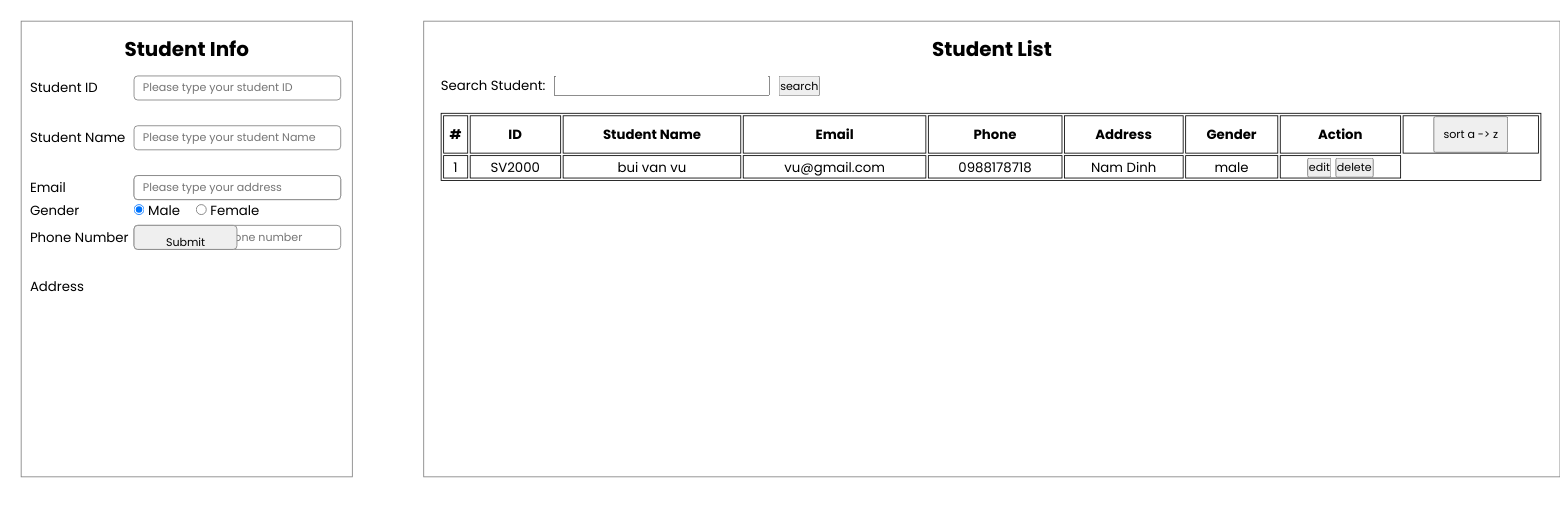
Repository: sSoRaK/ex-session15-dom-event
Page: ex-dom-event/student-management.html
An editor plug-in stored every save of this project. The page is shown before and after the next save, followed by the edit.
The browser window is 1280 px wide. The page is 1880 px wide, so the pictures cover 1880 px, including what lies to the right of the window. The pictures show the whole page, at 83% of full size.

Above is the page before, as saved 2023-06-24 20:24:52.

### ex-dom-event/student-management.html
<!DOCTYPE html>
<html lang="en">
  <head>
    <meta charset="UTF-8" />
    <meta name="viewport" content="width=device-width, initial-scale=1.0" />
    <title>Student Management</title>
    <link rel="preconnect" href="https://fonts.googleapis.com" />
    <link rel="preconnect" href="https://fonts.gstatic.com" crossorigin />
    <link
      href="https://fonts.googleapis.com/css2?family=Poppins:ital,wght@0,100;0,200;0,300;0,400;0,500;0,600;0,700;0,800;0,900;1,100;1,200;1,300;1,400;1,500;1,600;1,700;1,800;1,900&display=swap"
      rel="stylesheet"
    />
    <link rel="stylesheet" href="./style/style.css" />
  </head>
  <body>
    <div class="left-side">
      <h2>Student Info</h2>
      <form action="#" class="form-student">
        <label for="student-id" id="label-id">Student ID</label>
        <input
          type="text"
          name="student-name"
          id="student-id"
          placeholder="Please type your student ID"
        />
        <div class="error error-row1"></div>
        <label for="student-name" id="label-name">Student Name</label>
        <input
          type="text"
          name="student-name"
          id="student-name"
          placeholder="Please type your student Name"
        />
        <div class="error error-row2"></div>
        <label for="student-email" id="label-email">Email</label>
        <input
          type="email"
          name="student-email"
          id="student-email"
          placeholder="Please type your email"
        />
        <div class="error error-row3"></div>
        <label for="student-phone_number" id="label-phone_number"
          >Phone Number</label
        >
        <input
          type="number"
          name="student-phone_number"
          id="student-phone_number"
          placeholder="Please type a phone number"
        />
        <div class="error error-row4"></div>
        <label for="student-address" id="label-address">Address</label>
        <input
          type="text"
          name="student-address"
          id="student-address"
          placeholder="Please type your address"
        />
        <div class="error error-row5"></div>
        <span class="gender">Gender</span>
        <div class="gender-wrapper">
          <input type="radio" name="gender" id="male" checked />
          <label for="male">Male</label>
          <input type="radio" name="gender" id="female" />
          <label for="female">Female</label>
        </div>
        <input type="submit" value="Submit" class="btn-submit" />
      </form>
    </div>
    <div class="right-side">
      <h2>Student List</h2>
      <form action="#" class="searching-bar">
        <span>Search Student:</span>
        <input
          type="text"
          name="search-student_name"
          id="search-student_name"
        />
        <button class="btn-search">search</button>
      </form>
      <table class="table-student">
        <thead>
          <tr>
            <th>#</th>
            <th>ID</th>
            <th>Student Name</th>
            <th>Email</th>
            <th>Phone</th>
            <th>Address</th>
            <th>Gender</th>
            <th>Action</th>
            <th>
              <button class="btn-sort">sort a -> z</button>
            </th>
          </tr>
        </thead>
        <tbody id="student-info"></tbody>
      </table>
    </div>
    <script src="./app/app.js"></script>
  </body>
</html>

### ex-dom-event/style/style.css
* {
  padding: 0;
  margin: 0;
  box-sizing: border-box;
  font-family: "Poppins", sans-serif;
}
body {
  display: grid;
  grid-template-columns: repeat(4, 400px);
  grid-template-rows: repeat(1, 550px);
  gap: 85px;
  margin: 25px;
}
/* left side student info */
.left-side {
  border: 1px solid gray;
  grid-column: 1/2;
}
.left-side h2,
.right-side h2 {
  text-align: center;
  margin: 15px 0;
}
.form-student {
  margin: 0 10px;
  display: grid;
  grid-template-columns: repeat(3, 125px);
  grid-template-rows: repeat(13, 30px);
  /* row-gap: 30px; */
}
.form-student input {
  border: 0.5px solid gray;
  border-radius: 5px;
}
#label-id {
  grid-column: 1/2;
  grid-row: 1/2;
  line-height: 30px;
}
#student-id {
  grid-column: 2/4;
  grid-row: 1/2;
  padding-left: 10px;
}
.error-row1{
  grid-column: 2/4;
  grid-row: 2/3;
}
#label-name {
  grid-column: 1/2;
  grid-row: 3/4;
  line-height: 30px;
}
#student-name {
  grid-column: 2/4;
  grid-row: 3/4;
  padding-left: 10px;
}
.error-row2{
  grid-column: 2/4;
  grid-row: 4/5;
}
#label-email {
  grid-column: 1/2;
  grid-row: 5/6;
  line-height: 30px;
}
#student-email {
  grid-column: 2/4;
  grid-row: 5/6;
  padding-left: 10px;
}
.error-row3{
  grid-column: 2/4;
  grid-row: 6/7;
}
#label-phone_number {
  grid-column: 1/2;
  grid-row: 7/8;
  line-height: 30px;
}
input::-webkit-outer-spin-button,
input::-webkit-inner-spin-button {
  -webkit-appearance: none;
  margin: 0;
}
#student-phone_number {
  grid-column: 2/4;
  grid-row: 7/8;
  padding-left: 10px;
}
.error-row4{
  grid-column: 2/4;
  grid-row: 8/9;
}
#label-address {
  grid-column: 1/2;
  grid-row: 9/10;
  line-height: 30px;
}
#student-address {
  grid-column: 2/4;
  grid-row: 5/6;
  padding-left: 10px;
}
.gender {
  grid-column: 1/2;
  grid-row: 6/7;
}
.gender-wrapper {
  grid-column: 2/4;
  grid-row: 6/7;
}
.gender-wrapper label[for="male"] {
  margin-right: 15px;
}
.btn-submit {
  grid-column: 2/3;
  grid-row: 7/8;
  padding: 10px 0;
}

/* right side student list */
.right-side {
  border: 1px solid gray;
  grid-column: 2/5;
}
.right-side .searching-bar {
  margin-left: 20px;
  display: flex;
  gap: 10px;
}
.table-student,
th,
tr,
td {
  border: 1px solid;
  /* border-collapse: collapse; */
  margin: 20px;
  width: calc(100% - 42px);
}
.btn-sort {
  padding: 10px;
}

#student-info tr td {
  text-align: center;
}
.error {
  visibility: hidden;
}
.error-row1 {
  grid-row: 2;
}
.display-error {
  color: red;
  visibility: visible;
}
.btn-edit,
.btn-delete,
.btn-submit,
.btn-sort,
.btn-search {
  cursor: pointer;
}

### ex-dom-event/app/app.js
// tạo 1 mảng rỗng 2 chiều với phần tử là 1 mảng chứa các thông tin tương ứng của mỗi sinh viên
let studentList = [
  ["SV2000", "bui van vu", "vu@gmail.com", "0988178718", "Nam Dinh", "male"],
];
let action = "create";
// Lấy dữ liệu từ form -> table: Read
function renderData() {
  // truy cập đến tbody
  let tbody = document.getElementById("student-info");
  // đặt giá trị ban đầu tbody = "", để tránh dữ liệu cũ còn tồn tại
  tbody.innerHTML = "";
  for (let i = 0; i < studentList.length; i++) {
    // truyền vào tbody dưới dạng String Template
    tbody.innerHTML += `<tr>
                          <td>${i + 1}</td>
                          <td>${studentList[i][0]}</td>
                          <td>${studentList[i][1]}</td>
                          <td>${studentList[i][2]}</td>
                          <td>${studentList[i][3]}</td>
                          <td>${studentList[i][4]}</td>
                          <td>${studentList[i][5]}</td>
                          <td>
                              <button onclick="editData('${
                                studentList[i][0]
                              }')" class="btn-edit">edit</button>
                              <button onclick="deleteData('${
                                studentList[i][1]
                              }')" class="btn-delete">delete</button>
                          </td>
                    </tr>`;
  }
}
// Khi trình duyệt load thì sẽ load dữ liệu student và hiển thị trên table
document.onload = renderData();

// query element (create gol)
const studentId = document.querySelector("#student-id");
const studentName = document.querySelector("#student-name");
const studentEmail = document.querySelector("#student-email");
const studentPhoneNumber = document.querySelector("#student-phone_number");
const studentAddress = document.querySelector("#student-address");
const studentGender = document.querySelector("input[name='gender']:checked");

const errorElement = document.querySelectorAll(".error");

const btnSubmit = document.querySelector(".btn-submit");

// Validate: xác thực khi thêm create hoặc update
// function check validate each <input>
function validateForm() {
  // Lấy dữ liệu từ Form và Thực hiện validate từng input, nếu thỏa -> true, không thỏa -> báo lỗi (false)
  let idValidate = false;
  let nameValidate = false;
  let emailValidate = false;
  let phoneValidate = false;
  let addressValidate = false;
  let emailPattern = /^\w+([\.-]?\w+)*@\w+([\.-]?\w+)*(\.\w{2,3})+$/; // regex pattern: mẫu quy định
  let phonePattern = /(84|0[3|5|7|8|9])+([0-9]{8})\b/g;
  // check validate studentId
  if (studentId.value.length == 0) {
    errorElement[0].textContent = "* Please type your ID";
    errorElement[0].classList.add("display-error");
  } else if (studentId.value.length < 6 || studentId.value.length > 20) {
    errorElement[0].textContent = "* Your ID must be 6 - 20 characters";
    errorElement[0].classList.add("display-error");
  } else {
    errorElement[0].classList.remove("display-error");
    idValidate = true;
  }

  // check validate studentName
  if (studentName.value == "") {
    errorElement[1].textContent = "* Please type your name";
    errorElement[1].classList.add("display-error");
  } else {
    errorElement[1].classList.remove("display-error");
    nameValidate = true;
  }

  // check validate studentEmail
  if (studentEmail.value.length == "") {
    errorElement[2].textContent = "* Please type your email";
    errorElement[2].classList.add("display-error");
  } else if (!studentEmail.value.match(emailPattern)) {
    errorElement[2].textContent = "* You have entered email invalid";
    errorElement[2].classList.add("display-error");
  } else {
    errorElement[2].classList.remove("display-error");
    emailValidate = true;
  }

  // check validate studentPhoneNumber
  if (studentPhoneNumber.value.length == "") {
    errorElement[3].textContent = "* Please type your phone number";
    errorElement[3].classList.add("display-error");
  } else if (!studentPhoneNumber.value.match(phonePattern)) {
    errorElement[3].textContent = "* You have entered phone number invalid";
    errorElement[3].classList.add("display-error");
  } else {
    errorElement[3].classList.remove("display-error");
    phoneValidate = true;
  }

  // check validate studentAddress
  if (studentAddress.value.length == "") {
    errorElement[4].textContent = "* Please type your address";
    errorElement[4].classList.add("display-error");
  } else {
    errorElement[4].classList.remove("display-error");
    addressValidate = true;
  }

  // check validate each input as True or False
  if (
    idValidate &&
    nameValidate &&
    emailValidate &&
    phoneValidate &&
    addressValidate
  ) {
    return true;
  }
  return false;
}

// Lấy dữ liệu từ Form sau khi submit, tạo table và insert studentList
// create new student from FORM and take to value studentList, insert to table
function createData() {
  // tạo mảng gồm các thông tin của học sinh - create array have element as student info
  const newStudent = [
    studentId.value,
    studentName.value,
    studentEmail.value,
    studentPhoneNumber.value,
    studentAddress.value,
    studentGender.value,
  ];
  studentList.push(newStudent);
  renderData();
  resetForm(); // clear form after submit
}

// reset form after submit or update, create newStudent to table
function resetForm() {
  studentId.value = "";
  studentName.value = "";
  studentEmail.value = "";
  studentPhoneNumber.value = "";
  studentAddress.value = "";
  document.getElementById("male").checked = true;
}

// create event for btn-submit
// event : e
btnSubmit.addEventListener("click", (e) => {
  e.preventDefault(); // after click button submit, prevent "FORM" re-load
  const checkValidForm = validateForm();
  if (checkValidForm) {
    if (action == "create") {
      // push dữ liệu vào table
      createData();
    } else {
      // Thực hiện update sinh viên
      updateFormStudent();
    }
  }
});
// lấy thông tin học sinh thông qua studentID
// 1. Duyệt qua studentList để lấy studentID
function getStudentId(studentId) {
  for (let index = 0; index < studentList.length; index++) {
    if (studentId == studentList[index][0]) return index;
  }
  return -1;
}
// 2.
function editData(studentID) {
  // 1. lấy chỉ số sinh viên trong mảng
  let index = getStudentId(studentID);
  if (index >= 0) {
    // 2. fill thông tin sinh viên qua form
    studentId.value = studentList[index][0];
    studentName.value = studentList[index][1];
    studentEmail.value = studentList[index][2];
    studentPhoneNumber.value = studentList[index][3];
    studentAddress.value = studentList[index][4];
    if (studentList[index][5] == "male") {
      document.getElementById("male").checked = true;
    } else {
      document.getElementById("female").checked = true;
    }
    // sau khi edit, thay giá trị action
    action = "edit";
    studentId.readOnly = true;
    studentId.style.outline = "none";
    studentId.style.cursor = "unset";
    studentId.style.caretColor = "transparent";
  }
}
// Update
function updateFormStudent() {
  const studentUpdate = [
    studentId.value,
    studentName.value,
    studentEmail.value,
    studentPhoneNumber.value,
    studentAddress.value,
    studentGender.value,
  ];

  //find Index dua ma code cua sinh vien
  const indexStudent = getStudentId(studentId.value);

  studentList[indexStudent] = studentUpdate;
  renderData();
  action = "create";
  resetForm();
  studentId.readOnly = false;
  studentId.style.cursor = "text";
  studentId.style.caretColor = "black";
}

function deleteData(studentID) {
  let isCheckRemove = confirm("Bạn có muốn xóa hay không?");
  if (isCheckRemove) {
    const indexDeleteStudent = getStudentId(studentID);
    studentList.splice(indexDeleteStudent, 1);
    renderData();
  }
}

After the next save:
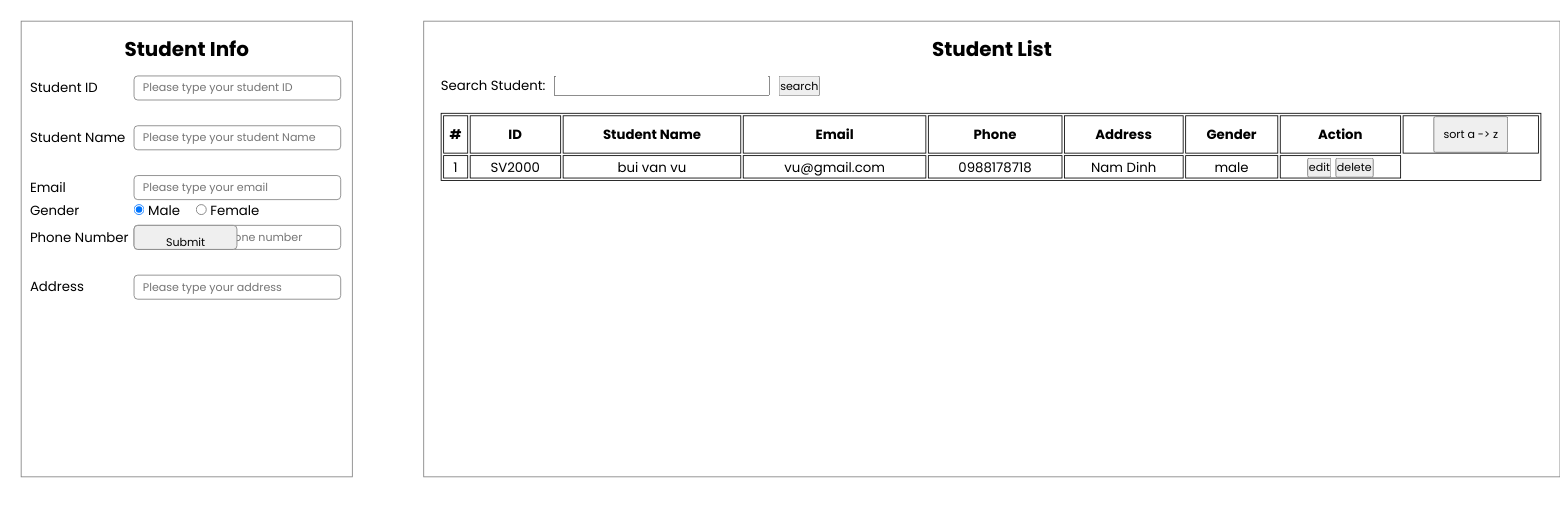
Saved 4 s later.
--- a/ex-dom-event/style/style.css
+++ b/ex-dom-event/style/style.css
@@ -100,7 +100,7 @@ input::-webkit-inner-spin-button {
 }
 #student-address {
   grid-column: 2/4;
-  grid-row: 5/6;
+  grid-row: 9/10;
   padding-left: 10px;
 }
 .gender {
